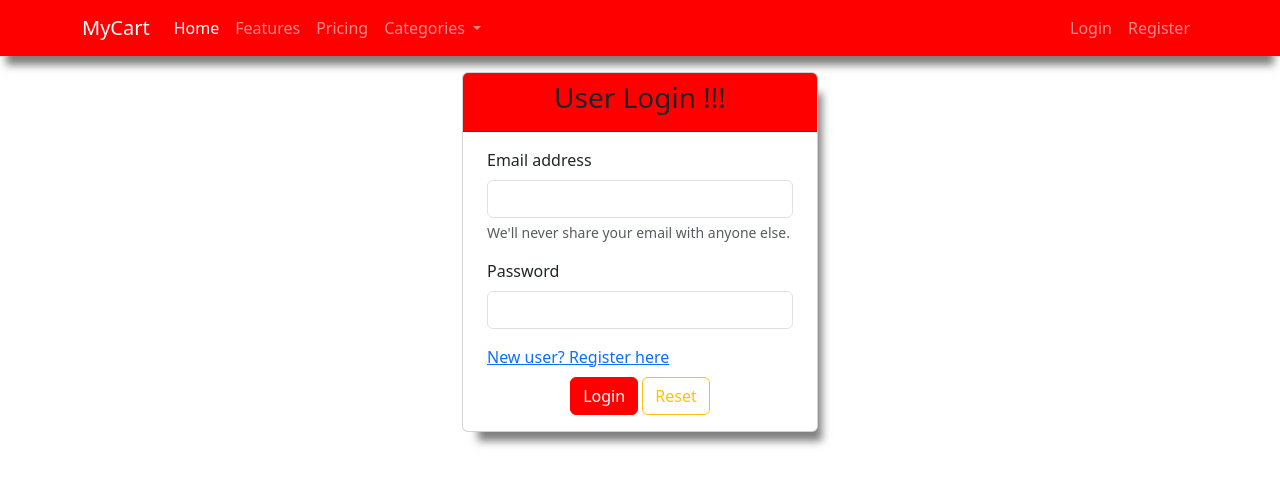
Repository: siddhant-gore/java-ecommerce
Page: http://localhost/myCart/login.jsp
An editor plug-in stored every save of this project. The page is shown before and after the next save, followed by the edit.
The browser window is 1280 px wide. The pictures show the whole page.
The page is served by Tomcat 9. Other server files are loaded and not shown.

Above is the page before, as saved 2023-05-08 18:40:39.

### myCart/src/main/webapp/login.jsp
<%@ page language="java" contentType="text/html; charset=ISO-8859-1"
	pageEncoding="ISO-8859-1"%>
<!DOCTYPE html>
<html>
<head>
<meta charset="ISO-8859-1">
<title>MyCart -Login</title>
<%@include file="components/common_css_js.jsp"%>
</head>
<body>
	<%@include file="components/navbar.jsp"%>

	<div class="container">
		<div class="row">
			<div class=" col-md-4 offset-md-4">
				<div class="card mycart-form-shadow">
					<div class="card-header mycart-bg text-center">
						<h3>User Login !!!</h3>
					</div>
						<%@include file="components/message.jsp"%>

					<div class="card-body px-4">
						<form action="loginServlet" method="post">
							<div class="mb-3">
								<label for="exampleInputEmail1" class="form-label">Email address</label>
								 <input name="email" type="email" class="form-control"
									id="exampleInputEmail1" aria-describedby="emailHelp" required>
								<div id="emailHelp" class="form-text">We'll never share
									your email with anyone else.</div>
							</div>
							<div class="mb-3">
								<label for="exampleInputPassword1" class="form-label">Password</label>
								<input name="password" type="password" class="form-control"
									id="exampleInputPassword1" required>
							</div>
							<a href="register.jsp">New user? Register here</a>
							<div class="container text-center mt-2">
								<button type="submit"
									class="text-center mycart-btn btn btn-primary">Login</button>
								<button class="btn btn-outline-warning">Reset</button>

							</div>
						</form>

					</div>


				</div>
			</div>
		</div>
	</div>

</body>
</html>

### myCart/src/main/webapp/components/common_css_js.jsp

<!--css-->
<link href="https://cdn.jsdelivr.net/npm/bootstrap@5.3.0-alpha3/dist/css/bootstrap.min.css" rel="stylesheet" integrity="sha384-KK94CHFLLe+nY2dmCWGMq91rCGa5gtU4mk92HdvYe+M/SXH301p5ILy+dN9+nJOZ" crossorigin="anonymous">
<link rel="stylesheet" href="css/style.css">


<!-- javascript -->
<script src="https://cdn.jsdelivr.net/npm/bootstrap@5.3.0-alpha3/dist/js/bootstrap.bundle.min.js" integrity="sha384-ENjdO4Dr2bkBIFxQpeoTz1HIcje39Wm4jDKdf19U8gI4ddQ3GYNS7NTKfAdVQSZe" crossorigin="anonymous"></script>
<script src="js/script.js"></script>

### myCart/src/main/webapp/components/navbar.jsp
<%@page import="com.learn.mycart.entities.User" %>
<%
		User user1 = (User)session.getAttribute("current-user");
%>

<nav class="navbar navbar-expand-lg navbar-dark navbar mb-3 bg-body-tertiary mycart-bg">


  <div class="container">
    <a class="navbar-brand" href="index.jsp">MyCart</a>
    <button class="navbar-toggler" type="button" data-bs-toggle="collapse" data-bs-target="#navbarNavDropdown" aria-controls="navbarNavDropdown" aria-expanded="false" aria-label="Toggle navigation">
      <span class="navbar-toggler-icon"></span>
    </button>
    <div class="collapse navbar-collapse" id="navbarNavDropdown">
      <ul class="navbar-nav">
        <li class="nav-item">
          <a class="nav-link active" aria-current="page" href="index.jsp">Home</a>
        </li>
        <li class="nav-item">
          <a class="nav-link" href="#">Features</a>
        </li>
        <li class="nav-item">
          <a class="nav-link" href="#">Pricing</a>
        </li>
        <li class="nav-item dropdown">
          <a class="nav-link dropdown-toggle" href="#" role="button" data-bs-toggle="dropdown" aria-expanded="false">
            Categories
          </a>
          <ul class="dropdown-menu">
            <li><a class="dropdown-item" href="#">Action</a></li>
            <li><a class="dropdown-item" href="#">Another action</a></li>
            <li><a class="dropdown-item" href="#">Something else here</a></li>
          </ul>
        </li>
      </ul>
    </div>

    <%

    if(user1 == null){

    %>

    <ul class="navbar-nav ml-auto">
      	<li class="nav-item active">
      		<a class="nav-link" href="login.jsp">Login</a>
      	</li>
      	<li class="nav-item active">
      		<a class="nav-link" href="register.jsp">Register</a>
      	</li>

      </ul>


    <%

    }





    else{

    %>
    <ul class="navbar-nav ml-auto">
      	<li class="nav-item active">
      		<a class="nav-link" href="#!"><%= user1.getUserName() %></a>
      	</li>
      	<li class="nav-item active">
      		<a class="nav-link" href="logoutServlet">Logout</a>
      	</li>

      </ul>


    <%


    }



    %>

  </div>


</nav>

### myCart/src/main/webapp/components/message.jsp
<%
String message = (String)session.getAttribute("message");
if(message != null)
{

//	out.println(message);

%>

<div class="alert alert-success alert-dismissible fade m-1 show" role="alert">
  <strong><%=message %></strong>
  <button type="button" class="btn-close" data-bs-dismiss="alert" aria-label="Close"></button>
</div>

<%


	session.removeAttribute("message");
}

%>

### myCart/src/main/webapp/css/style.css
@charset "ISO-8859-1";

:root{

	--theme-color: red;
}
.mycart-bg{
	background: var(--theme-color) !important;
}

.navbar{
	box-shadow: 0px 15px 8px -6px rgba(0, 0, 0, .5);
}

.mycart-form-shadow{
	box-shadow: 10px 15px 8px -6px rgba(0, 0, 0, .5);
}

.mycart-btn{
	background:  var(--theme-color) !important;
	border-color: var(--theme-color) !important;
}
.mycart-btn:hover{
	 box-shadow: 0px 0px 5px var(--theme-color), 0px 0px 10px var(--theme-color), 0px 0px 15px var(--theme-color), 0px 0px 50px var(--theme-color);
}

.admin .card{
	border: 1px solid;
}

.admin .card:hover{
	background: var(--theme-color);
	cursor: pointer;
}

.list-group-item.active{

	background: var(--theme-color) !important;
	border-color: var(--theme-color) !important;


}

After the next save:
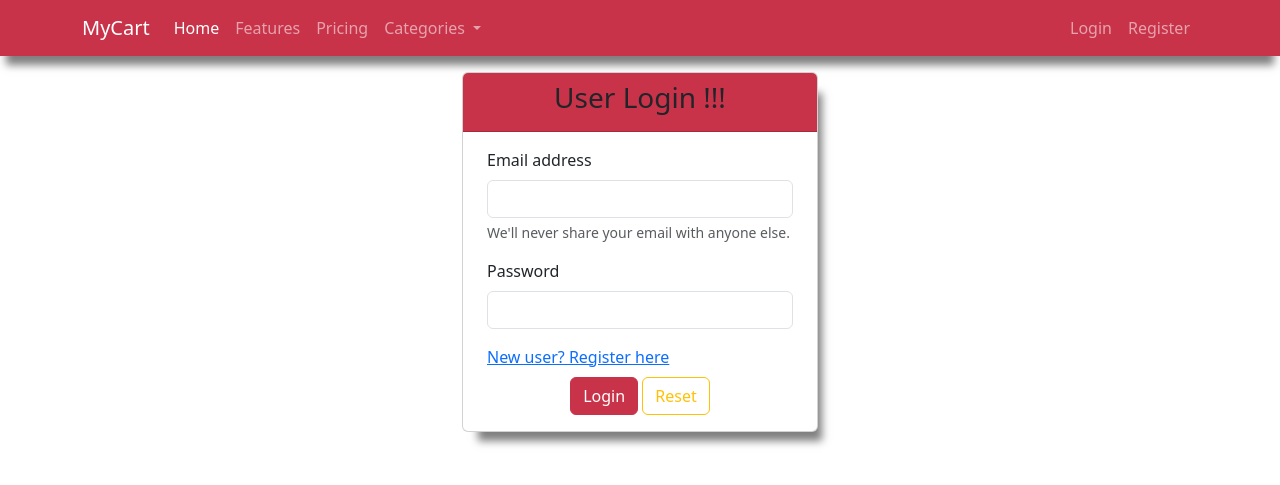
Saved 16 h 7 min later.
--- a/myCart/src/main/webapp/css/style.css
+++ b/myCart/src/main/webapp/css/style.css
@@ -2,7 +2,7 @@
 
 :root{
 
-	--theme-color: red;
+	--theme-color: #c83349;
 }
 .mycart-bg{
 	background: var(--theme-color) !important;
